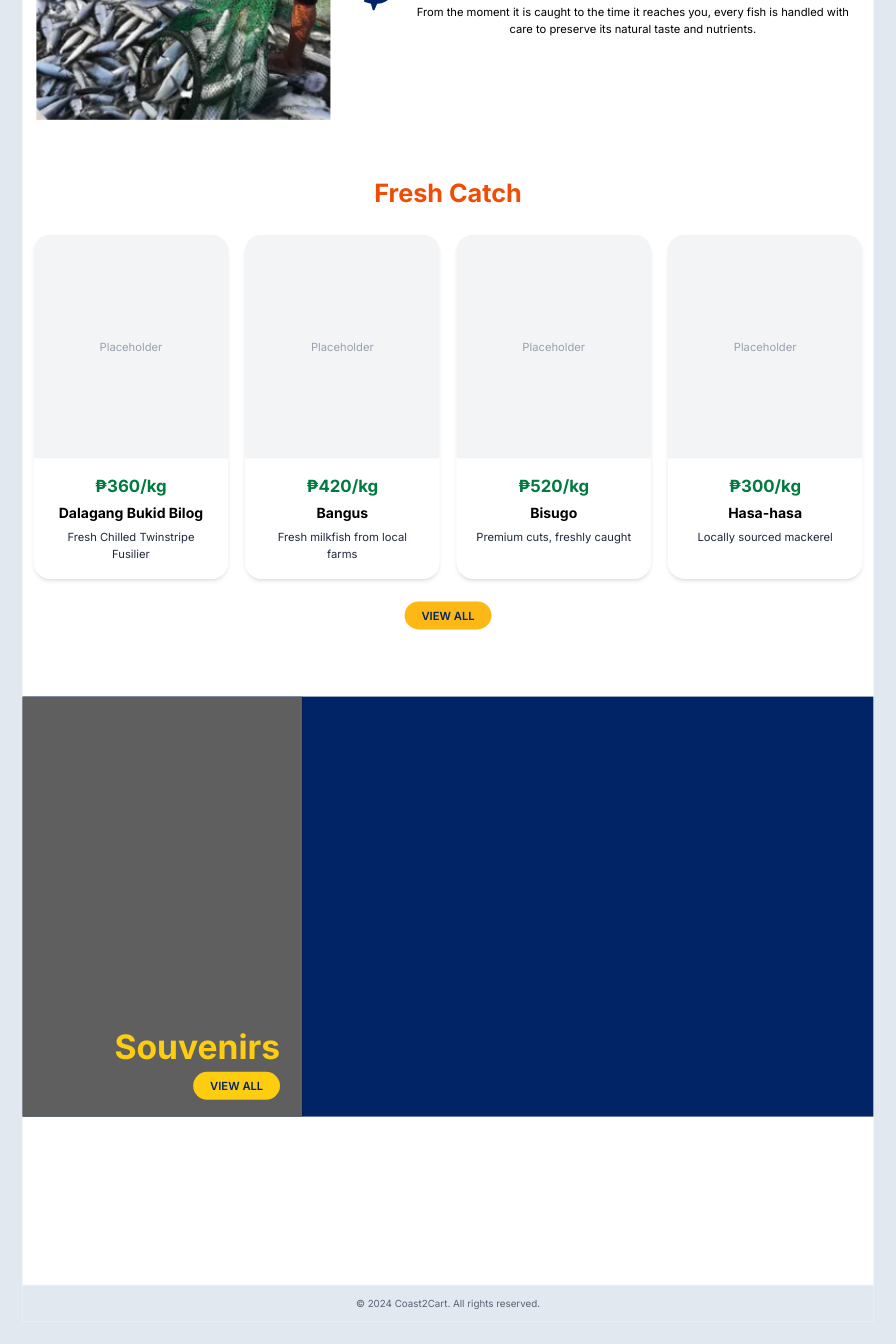
Repository: Coast2Card/coast2cart-frontend
Page: /
An editor plug-in stored every save of this project. The page is shown before and after the next save, followed by the edit.
The browser window is 1280 px wide. The pictures show the part of the page from y = 1873 to 3793 px (the page is 3793 px tall), at 70% of full size.
Pictures or frames that could not be fetched are drawn as grey boxes. The project was rebuilt for these pictures with package versions that can differ from the ones it lists, and the page was loaded fresh each time. Also part of the build but not shown: vite.config.js, src/pages/Seafood.jsx, src/pages/Souvenirs.jsx, src/pages/About.jsx, src/pages/Cart.jsx, src/pages/Profile.jsx, src/pages/Colors.jsx.

Above is the page before, as saved 2025-09-08 14:48:32.

### index.html
<!DOCTYPE html>
<html lang="en" data-theme="coast2cart">
  <head>
    <meta charset="UTF-8" />
    <!-- <link rel="icon" type="image/svg+xml" href="/vite.svg" /> -->
    <meta name="viewport" content="width=device-width, initial-scale=1.0" />
    <title>Coast2Cart</title>
  </head>
  <body>
    <div id="root"></div>
    <script type="module" src="/src/main.jsx"></script>
  </body>
</html>

### src/index.css
@import url("https://fonts.googleapis.com/css2?family=Inter:wght@300;400;500;600;700&family=Playfair+Display:wght@400;500;600;700&family=Outfit:wght@400;500;600;700&display=swap");
@import "tailwindcss";
@plugin "daisyui";
@plugin "daisyui/theme" {
  name: "coast2cart";
  default: true;
  prefersdark: false;
  color-scheme: "light";

  --color-base-100: #e2e8f0;
  --color-base-200: #ffffff;
  --color-base-300: #ffffff;
  --color-base-content: #1e293b;
  --color-primary: #012466;
  --color-primary-content: #ffffff;
  --color-secondary: #fdb815;
  --color-secondary-content: #ffffff;
  --color-accent: #f04c05;
  --color-accent-content: #ffffff;
  --color-neutral: #d9d9d9;
  --color-neutral-content: #1e293b;
  --color-info: #0ea5e9;
  --color-info-content: #ffffff;
  --color-success: #007a3f;
  --color-success-content: #ffffff;
  --color-warning: #f59e0b;
  --color-warning-content: #ffffff;
  --color-error: #ef4444;
  --color-error-content: #ffffff;

  --radius-selector: 1rem;
  --radius-field: 0.5rem;
  --radius-box: 1rem;
  --size-selector: 0.25rem;
  --size-field: 0.25rem;
  --border: 1px;
  --depth: 0;
  --noise: 0;

  /* 👇 New lighter secondary */
  --color-secondary-light: #ffcd0f;
  --color-secondary-light-content: #1e293b;
}

/* Custom Font Classes */
.font-primary {
  font-family: "Inter", sans-serif;
}

.font-display {
  font-family: "Inter", serif;
}

.font-outfit {
  font-family: "Outfit", sans-serif;
}

.font-inter {
  font-family: "Inter", sans-serif;
}

/* Global Styles */
body {
  font-family: "Inter", sans-serif;
}

h1,
h2,
h3,
h4,
h5,
h6 {
  font-family: "Inter", serif;
}

/* in src/index.css */
@utility max-w-8xl {
  max-width: 100rem;
}

@layer utilities {
  .bg-secondary-light {
    background-color: var(--color-secondary-light);
  }
  .text-secondary-light {
    color: var(--color-secondary-light);
  }
  .border-secondary-light {
    border-color: var(--color-secondary-light);
  }
}

### src/App.jsx
import { Routes, Route } from "react-router-dom";
import Layout from "./components/Layout";
import Home from "./pages/Home";
import Seafood from "./pages/Seafood";
import Souvenirs from "./pages/Souvenirs";
import About from "./pages/About";
import Cart from "./pages/Cart";
import Profile from "./pages/Profile";
import Colors from "./pages/Colors";
import "./App.css";

function App() {
  return (
    <Routes>
      {/* Routes with shared layout */}
      <Route path="/" element={<Layout />}>
        <Route index element={<Home />} />
        <Route path="seafood" element={<Seafood />} />
        <Route path="souvenirs" element={<Souvenirs />} />
        <Route path="about" element={<About />} />
        <Route path="cart" element={<Cart />} />
        <Route path="profile" element={<Profile />} />
        <Route path="colors" element={<Colors />} />
      </Route>
    </Routes>
  );
}

export default App;

### src/components/Layout.jsx
import { Outlet } from "react-router-dom";
import Navbar from "./Navbar";

const Layout = () => {
  return (
    <div className="min-h-screen bg-base-200">
      {/* Navigation Header */}
      <Navbar />

      {/* Main Content */}
      <main className=" mx-auto  ">
        <Outlet />
      </main>

      {/* Footer */}
      <footer className="bg-base-100 border-t border-base-300 mt-auto">
        <div className="max-w-7xl mx-auto py-4 px-4 sm:px-6 lg:px-8">
          <p className="text-center text-base-content/70 text-sm">
            © 2024 Coast2Cart. All rights reserved.
          </p>
        </div>
      </footer>
    </div>
  );
};

export default Layout;

### src/pages/Home.jsx
import homeBanner from "../assets/images/home_banner.jpg";
import baybayonLogo from "../assets/logos/c2c_white_transparent.png";
import fish1 from "../assets/images/home_fish1.png";
import fish2 from "../assets/images/home_fish2.png";
import fish3 from "../assets/images/home_fish3.png";
import fish4 from "../assets/images/home_fish4.png";
import fish5 from "../assets/images/home_fish5.png";
import HomeFeatures from "../components/home/HomeFeatures";
import HomeFreshCatch from "../components/home/HomeFreshCatch";
import HomeGallery from "../components/home/HomeGallery";
import HomeSouvenirs from "../components/home/HomeSouvenirs";
import CustomButton from "../components/CustomButton";
const Home = () => {
  return (
    <main className="relative overflow-x-hidden">
      {/* Home Banner */}
      <section className="w-full h-135 sm:h-[70vh] md:h-185 relative">
        <img
          src={homeBanner}
          alt="Home Banner"
          className="w-full h-full object-cover relative z-4"
          onError={(e) => {
            console.log("Image failed to load:", homeBanner);
            e.target.style.display = "none";
          }}
          onLoad={() => console.log("Image loaded successfully:", homeBanner)}
        />

        <div className="absolute inset-0 bg-black opacity-60 z-10"></div>

        <div className="absolute inset-0 z-20 flex items-start py-20 justify-center">
          <div className="text-center text-white">
            <h1 className="text-xl sm:text-2xl  font-extrabold font-display mb-[-15px] sm:mb-[-30px] md:mb-[-35px] lg:mb-[-30px]">
              Sea the best of Baybayon, from
            </h1>
            <img
              className="w-6/8 max-w-120 sm:w-6/8 md:4/8 lg:3/8 md:max-w-170 h-auto mx-auto "
              src={baybayonLogo}
            />
            <CustomButton text="Shop Now" className="mt-0 sm:mt-[-10px]" />
          </div>
        </div>
      </section>
      <section className=" relative overflow-hidden w-[140vw] flex items-center justify-center gap-4 sm:gap-6 mb-15 sm:mb-25   z-30 -mt-51 md:-mt-75 lg:-mt-75 left-1/2 -translate-x-1/2">
        <img
          src={fish1}
          alt="Fish 1"
          className="min-w-20 h-40 md:w-65 md:h-75  object-cover rounded-2xl"
        />
        <img
          src={fish2}
          alt="Fish 2"
          className="min-w-35 h-55  md:w-80 md:h-85 object-cover rounded-2xl"
        />
        <img
          src={fish3}
          alt="Fish 3"
          className="min-w-46 h-70 md:w-95 md:h-100 object-cover rounded-2xl"
        />
        <img
          src={fish4}
          alt="Fish 4"
          className="min-w-35 h-55 md:w-80 md:h-85 object-cover rounded-2xl"
        />
        <img
          src={fish5}
          alt="Fish 5"
          className="min-w-20 h-40 md:w-65 md:h-75 object-cover rounded-2xl"
        />
      </section>
      <section className="max-w-8xl mx-auto p-4 flex flex-col">
        <HomeFeatures className="mb-25" />
        <HomeGallery />
        <HomeFreshCatch />
      </section>
      <section className="flex lg:bg-primary w-full mb-60">
        <HomeSouvenirs />
      </section>
    </main>
  );
};

export default Home;

### src/components/Navbar.jsx
import { Link, useLocation } from "react-router-dom";
import { useState } from "react";
import { navLinks } from "../data/navigation";
import c2cLogo from "../assets/logos/c2c_transparent.png";
import searchIcon from "../assets/icons/search.png";
import cartIcon from "../assets/icons/cart.png";
import profileIcon from "../assets/icons/profile.png";
import commentIcon from "../assets/icons/comment.png";
const Navbar = () => {
  const location = useLocation();
  const [isMobileMenuOpen, setIsMobileMenuOpen] = useState(false);

  const isActive = (path) => {
    return location.pathname === path;
  };

  const toggleMobileMenu = () => {
    setIsMobileMenuOpen(!isMobileMenuOpen);
  };

  const closeMobileMenu = () => {
    setIsMobileMenuOpen(false);
  };

  return (
    <nav className="bg-base-300 shadow-lg py-2 sticky top-0 z-50">
      <div className="mx-auto px-6 sm:px-6 lg:px-8">
        <div className="flex justify-between h-16">
          <div className="flex items-center">
            <Link to="/" className="flex-shrink-0">
              <img src={c2cLogo} alt="Coast2Cart" className="h-17" />
            </Link>
          </div>

          {/* Desktop Navigation */}
          <div className="hidden md:flex items-center space-x-8">
            {navLinks.map((link) => (
              <Link
                key={link.path}
                to={link.path}
                className={`px-3 py-2 rounded-md text-md font-bold transition-colors ${
                  isActive(link.path)
                    ? " text-accent after:content-[''] after:block after:w-full after:h-0.5 after:bg-accent after:rounded-full"
                    : "text-black hover:text-primary hover:bg-base-200"
                }`}
              >
                {link.label}
              </Link>
            ))}
          </div>

          {/* Desktop Icons - Hidden on mobile */}
          <div className="hidden md:flex items-center gap-4 lg:gap-6">
            <img
              src={searchIcon}
              alt="Search"
              className="h-5 w-5 lg:h-5.5 lg:w-5.5 hover:cursor-pointer hover:opacity-60 transition-opacity duration-300"
            />
            <img
              src={commentIcon}
              alt="Comment"
              className="h-5 w-5 lg:h-5.5 lg:w-5.5 hover:cursor-pointer hover:opacity-60 transition-opacity duration-300"
            />
            <img
              src={cartIcon}
              alt="Cart"
              className="h-5 w-5 lg:h-5.5 lg:w-5.5 hover:cursor-pointer hover:opacity-60 transition-opacity duration-300"
            />
            <img
              src={profileIcon}
              alt="Profile"
              className="h-5 w-5 lg:h-5.5 lg:w-5.5 hover:cursor-pointer hover:opacity-60 transition-opacity duration-300"
            />
          </div>

          {/* Mobile menu button */}
          <div className="md:hidden flex items-center">
            <button
              onClick={toggleMobileMenu}
              className="inline-flex items-center justify-center p-2 rounded-md text-base-content hover:text-primary hover:bg-base-200 focus:outline-none focus:ring-2 focus:ring-inset focus:ring-primary"
              aria-expanded="false"
            >
              <span className="sr-only">Open main menu</span>
              {!isMobileMenuOpen ? (
                <svg
                  className="block h-6 w-6"
                  xmlns="http://www.w3.org/2000/svg"
                  fill="none"
                  viewBox="0 0 24 24"
                  stroke="currentColor"
                  aria-hidden="true"
                >
                  <path
                    strokeLinecap="round"
                    strokeLinejoin="round"
                    strokeWidth="2"
                    d="M4 6h16M4 12h16M4 18h16"
                  />
                </svg>
              ) : (
                <svg
                  className="block h-6 w-6"
                  xmlns="http://www.w3.org/2000/svg"
                  fill="none"
                  viewBox="0 0 24 24"
                  stroke="currentColor"
                  aria-hidden="true"
                >
                  <path
                    strokeLinecap="round"
                    strokeLinejoin="round"
                    strokeWidth="2"
                    d="M6 18L18 6M6 6l12 12"
                  />
                </svg>
              )}
            </button>
          </div>
        </div>
      </div>

      {/* Mobile Navigation Menu */}
      <div className={`md:hidden ${isMobileMenuOpen ? "block" : "hidden"}`}>
        <div className="px-2 pt-2 pb-3 space-y-1 sm:px-3 bg-base-100 border-t border-base-300">
          {navLinks.map((link) => (
            <Link
              key={link.path}
              to={link.path}
              onClick={closeMobileMenu}
              className={`block px-3 py-2 rounded-md text-base font-medium transition-colors ${
                isActive(link.path)
                  ? "bg-primary text-primary-content"
                  : "text-base-content hover:text-primary hover:bg-base-200"
              }`}
            >
              {link.label}
            </Link>
          ))}

          {/* Mobile Icons */}
          <div className="flex items-center justify-center gap-6 pt-4 border-t border-base-300 mt-4">
            <img
              src={searchIcon}
              alt="Search"
              className="h-6 w-6 hover:cursor-pointer hover:opacity-60 transition-opacity duration-300"
            />
            <img
              src={commentIcon}
              alt="Comment"
              className="h-6 w-6 hover:cursor-pointer hover:opacity-60 transition-opacity duration-300"
            />
            <img
              src={cartIcon}
              alt="Cart"
              className="h-6 w-6 hover:cursor-pointer hover:opacity-60 transition-opacity duration-300"
            />
            <img
              src={profileIcon}
              alt="Profile"
              className="h-6 w-6 hover:cursor-pointer hover:opacity-60 transition-opacity duration-300"
            />
          </div>
        </div>
      </div>
    </nav>
  );
};

export default Navbar;

### src/components/home/HomeFeatures.jsx
import cartIcon from "../../assets/icons/cart.png";
import commentIcon from "../../assets/icons/comment.png";
import profileIcon from "../../assets/icons/profile.png";
import searchIcon from "../../assets/icons/search.png";

const features = [
  {
    icon: cartIcon,
    title: "Fresh Catch",
    description: "Daily seafood direct from local fishers.",
  },
  {
    icon: searchIcon,
    title: "Dried Goods",
    description: "High-quality dried seafood.",
  },
  {
    icon: commentIcon,
    title: "Souvenirs",
    description: "Souvenirs made by our community.",
  },
  {
    icon: profileIcon,
    title: "Marketplace",
    description: "Easy orders and pickup with fishing time.",
  },
];

const HomeFeatures = ({ className = "" }) => {
  return (
    <article className={` mx-auto w-full ${className}`}>
      <section className="grid grid-cols-1 sm:grid-cols-2 space-y-6 lg:grid-cols-4 gap-6 sm:w-[95%] lg:w-[90%] xl:w-[80%] mx-auto">
        {features.map((item, index) => (
          <div
            key={index}
            className="flex flex-col items-center justify-start gap-2"
          >
            <div className="bg-accent mb-2 p-11 sm:p-11 flex justify-center items-center rounded-full">
              <div className="bg-gray-300 rounded-xl p-1 h-14 w-14"></div>
            </div>
            <h3 className="text-2xl font-bold text-primary">{item.title}</h3>
            <h3 className="text-md text-center">{item.description}</h3>
          </div>
        ))}
      </section>
    </article>
  );
};

export default HomeFeatures;

### src/components/home/HomeFreshCatch.jsx
const freshCatchItems = [
  {
    id: 1,
    price: "₱360/kg",
    name: "Dalagang Bukid Bilog",
    description: "Fresh Chilled Twinstripe Fusilier",
    image: null,
  },
  {
    id: 2,
    price: "₱420/kg",
    name: "Bangus",
    description: "Fresh milkfish from local farms",
    image: null,
  },
  {
    id: 3,
    price: "₱520/kg",
    name: "Bisugo",
    description: "Premium cuts, freshly caught",
    image: null,
  },
  {
    id: 4,
    price: "₱300/kg",
    name: "Hasa-hasa",
    description: "Locally sourced mackerel",
    image: null,
  },
];

const HomeFreshCatch = ({ className = "" }) => {
  return (
    <div className={`flex flex-col text-center ${className}`}>
      <h1 className="text-4xl font-bold text-accent mb-10">Fresh Catch</h1>
      <section className="grid grid-cols-1 sm:grid-cols-2 xl:grid-cols-4  gap-6 mb-8">
        {freshCatchItems.map((item) => (
          <div
            key={item.id}
            className="flex flex-col shadow-md overflow-hidden rounded-3xl"
          >
            <div className="bg-gray-100 h-80 flex items-center justify-center text-gray-400">
              Placeholder
            </div>
            <div className="bg-white p-6  flex flex-col gap-2 text-center items-center justify-center">
              <h3 className="text-success text-2xl font-bold">{item.price}</h3>
              <h3 className="text-black font-bold text-xl">{item.name}</h3>
              <p className="text-md">{item.description}</p>
            </div>
          </div>
        ))}
      </section>
      <div className="mb-20">
        <button className="bg-secondary text-primary uppercase px-6 py-2 rounded-full text-md font-semibold hover:bg-secondary/90 transition-colors">
          View All
        </button>
      </div>
    </div>
  );
};

export default HomeFreshCatch;

### src/components/home/HomeGallery.jsx
import React from "react";
import homeGallery1 from "../../assets/images/home_gallery1.png";
import FishIcon from "../icons/FishIcon";
const HomeGallery = () => {
  return (
    <div className="w-full flex flex-col sm:flex-row gap-9 lg:gap-12 p-1 mb-20 items-center justify-center mx-auto max-w-8xl  ">
      <div className="flex flex-1 min-w-75 sm:h-150 md:min-w-105  w-full md:h-150 bg-blue-100 ">
        <img src={homeGallery1} className="w-full h-full object-cover  " />
      </div>
      <div className=" flex flex-col min-w-20  gap-4 justify-center">
        <h2 className="font-bold text-3xl lg:text-4xl text-primary mb-1">
          Fresh From the Sea, Straight to You
        </h2>
        <p className="text-md mb-4">
          Every day, the fishermen of Barangay Baybayon bring in the freshest
          catch from our coastal waters, ensuring top quality seafood for your
          table. Proudly harvested and carefully handled, we take pride in
          delivering the goodness of the sea with every haul.
        </p>
        <div className="flex items-start gap-4 text-primary mb-4">
          <div className="max-h-22 min-w-11 font-bold pt-0.5">
            <FishIcon />
          </div>
          <div className="flex flex-col">
            <h3 className="font-bold text-xl mb-2">Sustainably Caught</h3>
            <p className="text-black">
              Our Baybayon fisherfolk use responsible fishing practices that
              respect both the ocean and its future.
            </p>
          </div>
        </div>
        <div className="flex items-start gap-4 text-primary">
          <div className="max-h-22 min-w-11 font-bold pt-0.5">
            <FishIcon />
          </div>
          <div className="flex flex-col">
            <h3 className="font-bold text-xl mb-2">Guaranteed Freshness</h3>
            <p className="text-black">
              From the moment it is caught to the time it reaches you, every
              fish is handled with care to preserve its natural taste and
              nutrients.
            </p>
          </div>
        </div>
      </div>
    </div>
  );
};

export default HomeGallery;

### src/components/home/HomeSouvenirs.jsx
import React from "react";
import souvenirBanner from "../../assets/images/home_banner2.png";
const HomeSouvenirs = () => {
  return (
    <>
      <div className="relative flex items-end justify-end h-150 w-full min-w-100 max-w-70">
        <div className="absolute flex items-end justify-end p-6 px-8 inset-0  bg-black opacity-40"></div>
        <div className="absolute flex items-end justify-end p-6 px-8 inset-0 ">
          <div className="flex flex-col items-end">
            <h2 className="text-5xl font-bold text-secondary-light mb-3">
              Souvenirs
            </h2>
            <button className=" bg-secondary-light text-primary uppercase  px-6 py-2 rounded-full text-md  font-semibold hover:bg-secondary/90 transition-colors cursor-pointer">
              view all
            </button>
          </div>
        </div>
        <img
          className="w-full h-full object-cover object-top "
          src={souvenirBanner}
        />
      </div>
      <div className="flex-1"></div>
    </>
  );
};

export default HomeSouvenirs;

### src/components/CustomButton.jsx
import React from "react";

const CustomButton = ({ text, className }) => {
  return (
    <button
      className={` bg-secondary text-primary uppercase px-6 py-2 rounded-full text-md  font-semibold hover:bg-secondary/90 transition-colors cursor-pointer ${className}`}
    >
      {text}
    </button>
  );
};

export default CustomButton;

### src/data/navigation.js
// Navigation links data
export const navLinks = [
  { path: "/", label: "Home" },
  { path: "/seafood", label: "Seafood" },
  { path: "/souvenirs", label: "Souvenirs" },
  { path: "/about", label: "About" },
  // { path: "/cart", label: "Cart" },
  // { path: "/profile", label: "Profile" },
  // { path: "/colors", label: "Colors" },
];

### src/components/icons/FishIcon.jsx
import React from "react";

const FishIcon = () => {
  return (
    <div>
      <svg
        xmlns="http://www.w3.org/2000/svg"
        viewBox="0 0 256 256"
        className="text-primary fill-primary"
      >
        <rect width="256" height="256" fill="none" />
        <path d="M168,76a12,12,0,1,1-12-12A12,12,0,0,1,168,76Zm48.72,67.64c-19.37,34.9-55.44,53.76-107.24,56.1l-22,51.41A8,8,0,0,1,80.1,256l-.51,0a8,8,0,0,1-7.19-5.78L57.6,198.39,5.8,183.56a8,8,0,0,1-1-15.05l51.41-22c2.35-51.78,21.21-87.84,56.09-107.22,24.75-13.74,52.74-15.84,71.88-15.18,18.64.64,36,4.27,38.86,6a8,8,0,0,1,2.83,2.83c1.69,2.85,5.33,20.21,6,38.85C232.55,90.89,230.46,118.89,216.72,143.64Zm-4.3-100.07c-14.15-3-64.1-11-100.3,14.75a81.21,81.21,0,0,0-16,15.07,36,36,0,0,0,39.35,38.44,8,8,0,0,1,8.73,8.73,36,36,0,0,0,38.47,39.34,80.81,80.81,0,0,0,15-16C223.42,107.73,215.42,57.74,212.42,43.57Z" />
      </svg>
    </div>
  );
};

export default FishIcon;

Loaded but not shown: src/main.jsx (common file); src/App.css (common file)

After the next save:
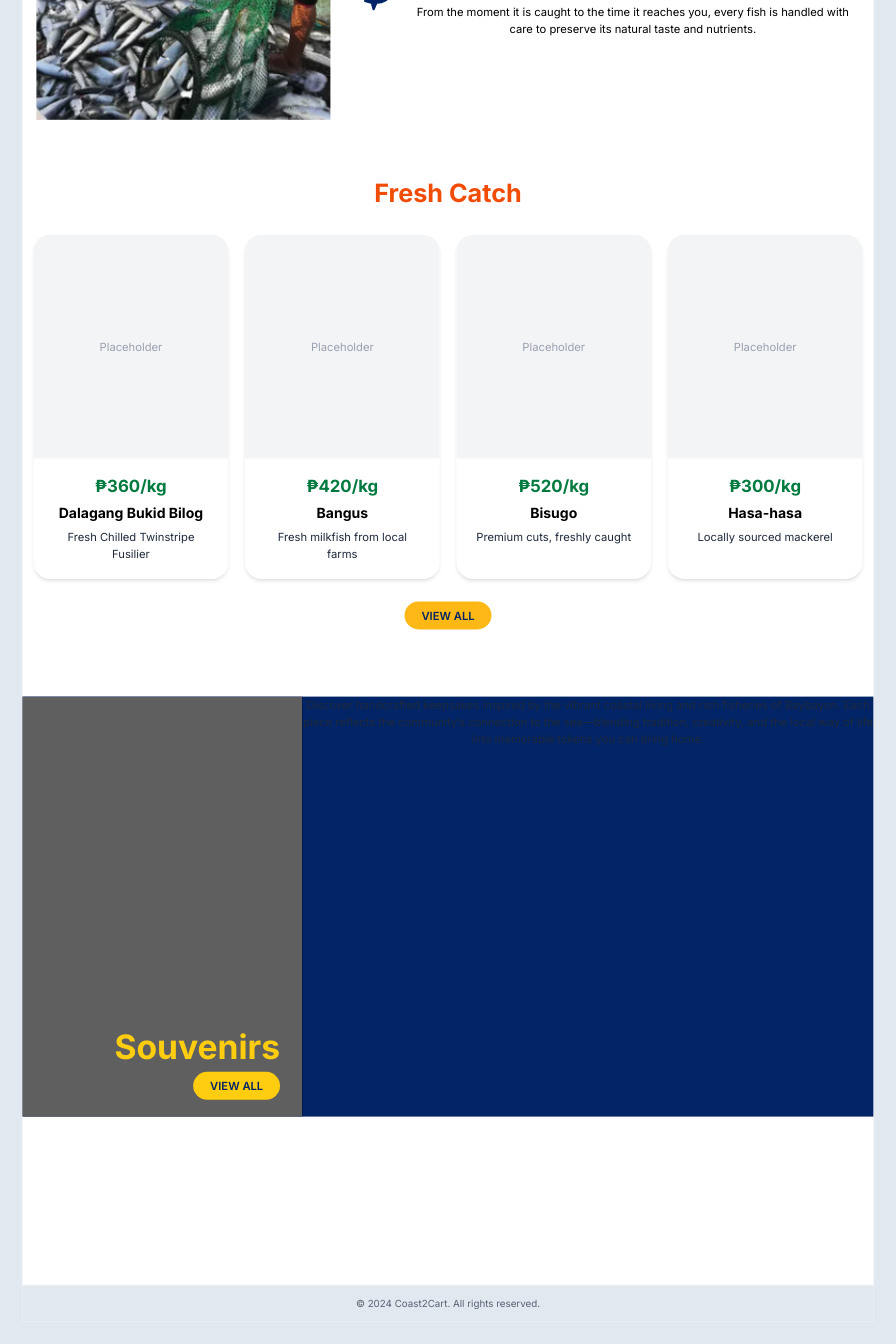
Saved 103 s later.
--- a/src/components/home/HomeSouvenirs.jsx
+++ b/src/components/home/HomeSouvenirs.jsx
@@ -20,7 +20,14 @@ const HomeSouvenirs = () => {
           src={souvenirBanner}
         />
       </div>
-      <div className="flex-1"></div>
+      <div className="flex-1 flex flex-col gap-2">
+        <p>
+          Discover handcrafted keepsakes inspired by the vibrant coastal living
+          and rich fisheries of Baybayon. Each piece reflects the community’s
+          connection to the sea—blending tradition, creativity, and the local
+          way of life into memorable tokens you can bring home.
+        </p>
+      </div>
     </>
   );
 };
